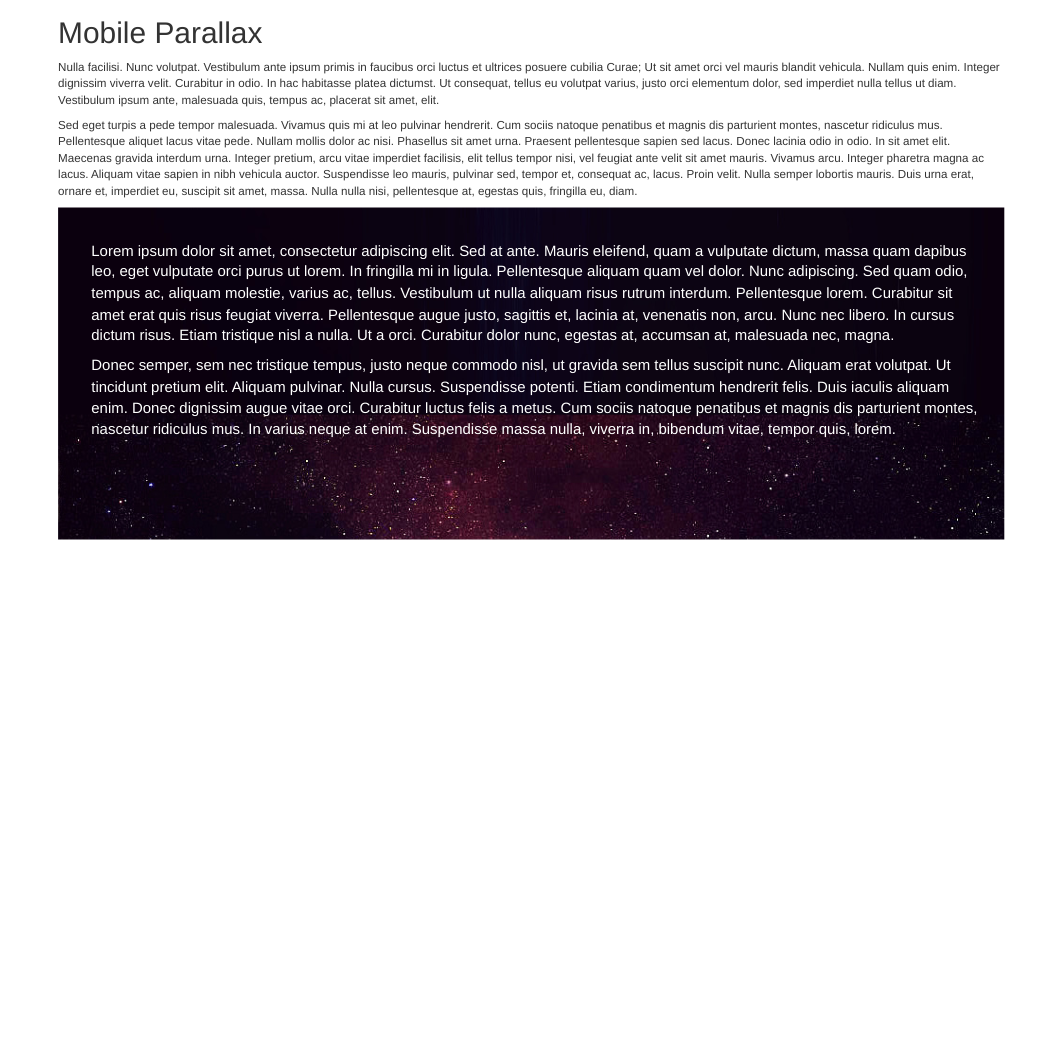
Repository: heshanera/HTML-CSS-JAVASCRITP
Page: parallax/parallax.html
The author's editor kept a record of every edit. The page is drawn from the files as they stood at one moment, then again after the next edit.
The browser window is 1280 px wide. The pictures show the whole page, at 83% of full size.
Some web libraries are served in a nearby version.

Above is the page before.

### parallax/parallax.html
<!DOCTYPE html>
<html lang="en">
  <head>
    <meta charset="utf-8">
    <meta name="viewport" content="width=device-width, initial-scale=1">

    <link rel="stylesheet" href="https://maxcdn.bootstrapcdn.com/bootstrap/3.3.7/css/bootstrap.min.css">
    <link rel="stylesheet" href="de_css/font-awesome/css/font-awesome.min.css">

    <script src="https://ajax.googleapis.com/ajax/libs/jquery/3.1.1/jquery.min.js"></script>
    <script src="https://maxcdn.bootstrapcdn.com/bootstrap/3.3.7/js/bootstrap.min.js"></script>

    <link rel="stylesheet" href="de_css/parallax.css">

    <script src="de_js/parallax.js"></script>

  </head>
  <body>

    <div class = "container">
      <h1> Mobile Parallax </h1>
      <p>
        Nulla facilisi. Nunc volutpat. Vestibulum ante ipsum primis in faucibus orci luctus et ultrices posuere cubilia Curae; Ut sit amet orci vel mauris blandit vehicula. Nullam quis enim. Integer dignissim viverra velit. Curabitur in odio. In hac habitasse platea dictumst. Ut consequat, tellus eu volutpat varius, justo orci elementum dolor, sed imperdiet nulla tellus ut diam. Vestibulum ipsum ante, malesuada quis, tempus ac, placerat sit amet, elit.
      </p>
      <p>
        Sed eget turpis a pede tempor malesuada. Vivamus quis mi at leo pulvinar hendrerit. Cum sociis natoque penatibus et magnis dis parturient montes, nascetur ridiculus mus. Pellentesque aliquet lacus vitae pede. Nullam mollis dolor ac nisi. Phasellus sit amet urna. Praesent pellentesque sapien sed lacus. Donec lacinia odio in odio. In sit amet elit. Maecenas gravida interdum urna. Integer pretium, arcu vitae imperdiet facilisis, elit tellus tempor nisi, vel feugiat ante velit sit amet mauris. Vivamus arcu. Integer pharetra magna ac lacus. Aliquam vitae sapien in nibh vehicula auctor. Suspendisse leo mauris, pulvinar sed, tempor et, consequat ac, lacus. Proin velit. Nulla semper lobortis mauris. Duis urna erat, ornare et, imperdiet eu, suscipit sit amet, massa. Nulla nulla nisi, pellentesque at, egestas quis, fringilla eu, diam.
      </p>

      <div class = "parallax-container">
        <div class="parallax-img-box" id="parallax1" style="background-image:url('de_imgs/parallax1.jpg')">
            <div class="parallax-content-box" >
              <p>
                Lorem ipsum dolor sit amet, consectetur adipiscing elit. Sed at ante. Mauris eleifend, quam a vulputate dictum, massa quam dapibus leo, eget vulputate orci purus ut lorem. In fringilla mi in ligula. Pellentesque aliquam quam vel dolor. Nunc adipiscing. Sed quam odio, tempus ac, aliquam molestie, varius ac, tellus. Vestibulum ut nulla aliquam risus rutrum interdum. Pellentesque lorem. Curabitur sit amet erat quis risus feugiat viverra. Pellentesque augue justo, sagittis et, lacinia at, venenatis non, arcu. Nunc nec libero. In cursus dictum risus. Etiam tristique nisl a nulla. Ut a orci. Curabitur dolor nunc, egestas at, accumsan at, malesuada nec, magna.
              </p>
              <p>
                Donec semper, sem nec tristique tempus, justo neque commodo nisl, ut gravida sem tellus suscipit nunc. Aliquam erat volutpat. Ut tincidunt pretium elit. Aliquam pulvinar. Nulla cursus. Suspendisse potenti. Etiam condimentum hendrerit felis. Duis iaculis aliquam enim. Donec dignissim augue vitae orci. Curabitur luctus felis a metus. Cum sociis natoque penatibus et magnis dis parturient montes, nascetur ridiculus mus. In varius neque at enim. Suspendisse massa nulla, viverra in, bibendum vitae, tempor quis, lorem.
              </p>
            </div>
        </div>
      </div>
    </div>

    <div style = "margin-bottom:600px"></div>
  </body>
</html>

### parallax/de_css/parallax.css
.parallax-container{
  width:100%;
  min-height:400px;
}

.parallax-img-box{
  min-height:400px !important;
  padding: 40px 20px 20px 40px;
  background-size: cover;
}


.parallax-content-box{
  color:#fff;
  font-size: 18px;
}

### parallax/de_js/parallax.js
/*
$(document).ready(function(){
    var $wndw = $(window);

    var pos = $("#parallax1").offset().top;
    pos -= $(window).height();

    $(window).scroll(function() {
      console.log($(window).scrollTop());
      if ( ($(window).scrollTop() > pos) & ($(window).scrollTop() < pos + $('#parallax1').height()) ) {
        //alert(pos);

        $('#parallax1').each(function(){
            var scroll_speed = 1; // modified value
            var $this = $(this);
            $(window).scroll(function() {
                var bgScroll = -(($wndw.scrollTop() - $this.offset().top)/ scroll_speed);
                var bgPosition = 'center '+ bgScroll + 'px';
                $this.css({ backgroundPosition: bgPosition });
            });
        });
      } else { }
    });
});
*/

$(document).ready(function(){
  var $wndw = $(window);
    $('#parallax1').each(function(){
        var scroll_speed = 1; // modified value
        var $this = $(this);
        $(window).scroll(function() {
            var bgScroll = -(($wndw.scrollTop() - $this.offset().top)/ scroll_speed);
            var bgPosition = 'center '+ bgScroll + 'px';
            $this.css({ backgroundPosition: bgPosition });
        });
    });
});

Loaded but not shown: parallax/de_css/font-awesome/css/font-awesome.min.css (library)

After the next edit:
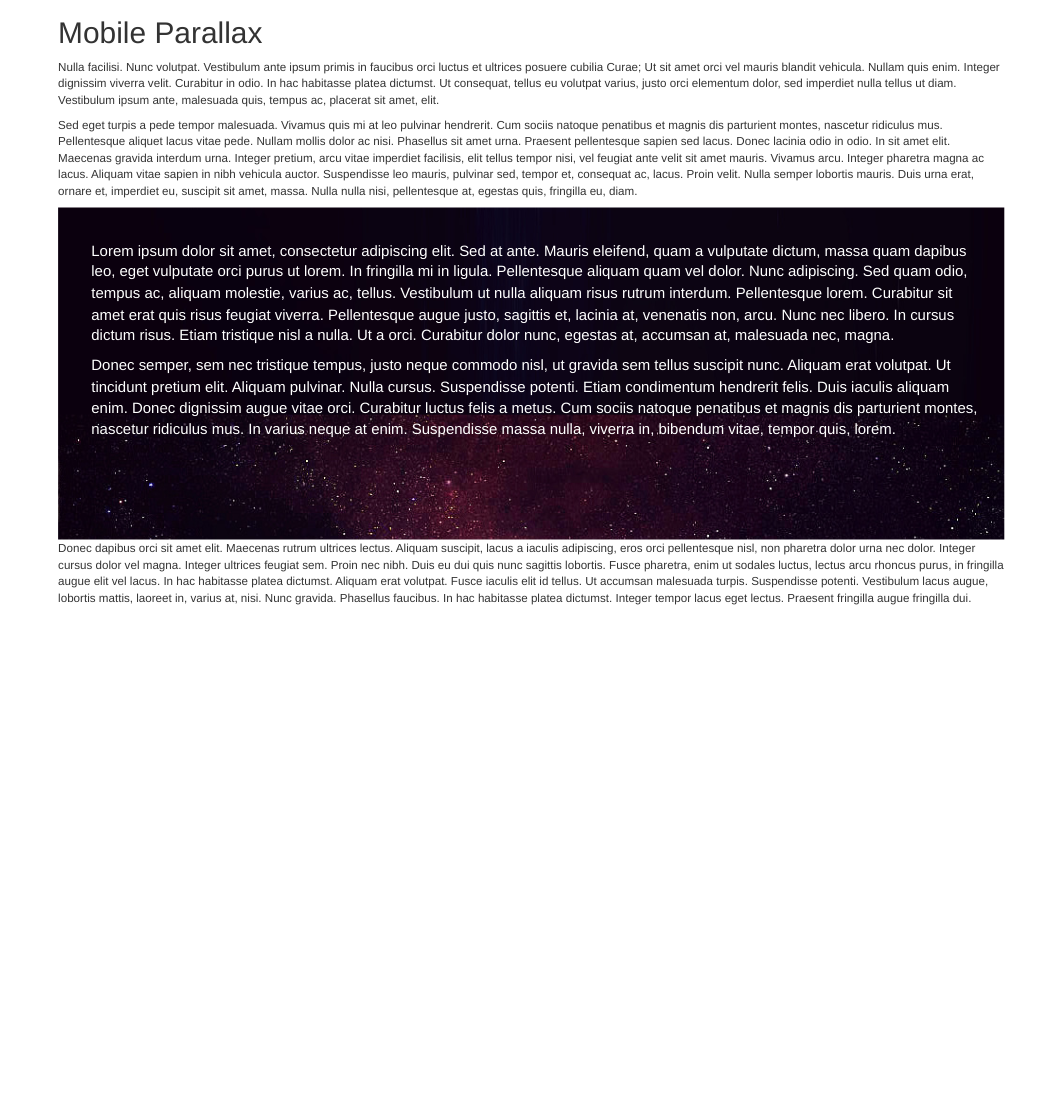
The edit:
--- a/parallax/parallax.html
+++ b/parallax/parallax.html
@@ -38,6 +38,11 @@
             </div>
         </div>
       </div>
+
+      <p>
+        Donec dapibus orci sit amet elit. Maecenas rutrum ultrices lectus. Aliquam suscipit, lacus a iaculis adipiscing, eros orci pellentesque nisl, non pharetra dolor urna nec dolor. Integer cursus dolor vel magna. Integer ultrices feugiat sem. Proin nec nibh. Duis eu dui quis nunc sagittis lobortis. Fusce pharetra, enim ut sodales luctus, lectus arcu rhoncus purus, in fringilla augue elit vel lacus. In hac habitasse platea dictumst. Aliquam erat volutpat. Fusce iaculis elit id tellus. Ut accumsan malesuada turpis. Suspendisse potenti. Vestibulum lacus augue, lobortis mattis, laoreet in, varius at, nisi. Nunc gravida. Phasellus faucibus. In hac habitasse platea dictumst. Integer tempor lacus eget lectus. Praesent fringilla augue fringilla dui.
+      </p>
+
     </div>
 
     <div style = "margin-bottom:600px"></div>
